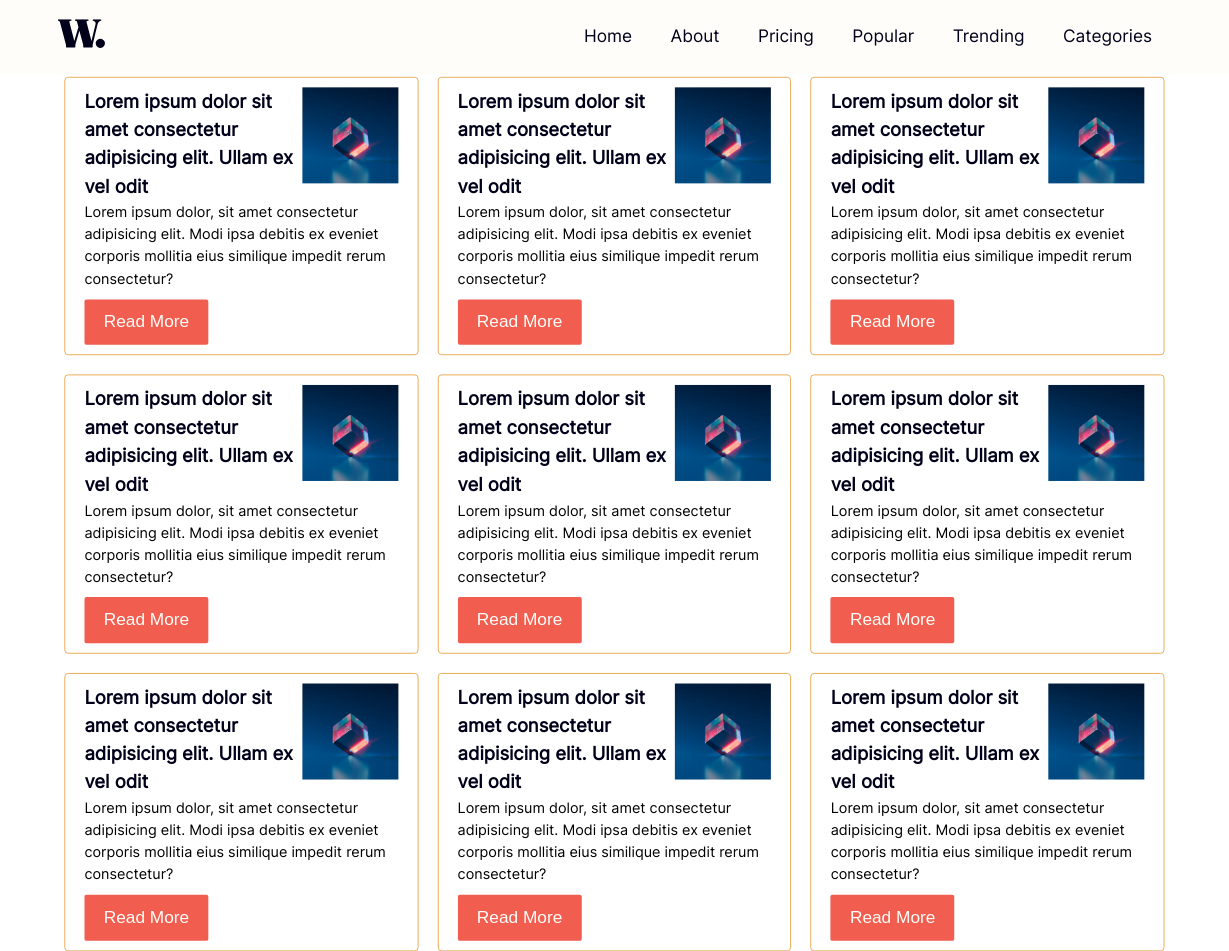
Repository: Benedict-Anthony/web3.0-blog-chain
Page: /trending
These files come from the project's save history. The page is drawn as it stood at one moment and after the next save; the edit follows.
The browser window is 1280 px wide. The pictures show the whole page, at 96% of full size.
The project was rebuilt for these pictures with package versions that can differ from the ones it lists, and the page was loaded fresh each time. The framework's server and built-in components were replaced by stand-ins that run in the browser. Also part of the build but not shown: next.config.js, styles/styles.css.

Above is the page before, as saved 2022-12-21 03:17:03.

### pages/_app.tsx
import '../styles/globals.scss'
import type { AppProps } from 'next/app'
import NavBar from '../components/NavBar'
import "@/styles/styles.css"
export default function App({ Component, pageProps }: AppProps) {
  return (
    <>
      <NavBar />
      <Component {...pageProps} />
    </>
  )
}

### pages/trending.tsx
import Layout from 'components/Layout'
import React from 'react'
import TrendingStyles from "@/styles/Trending.module.scss"
import Trending from 'components/Trending'
import { GetStaticProps } from 'next';

export const getStaticProps: GetStaticProps = async () => {
    // const apiKey = process.env.REACT_APP_RAPID_API_KEY || ""
    // const apiHost = process.env.REACT_APP_RAPID_NEWS_API_HOST || ""
    // // const params = {q: 'crytocurrency', freshness: 'Day', textFormat: 'Raw', safeSearch: 'Off'}
    // const url = `https://bing-news-search1.p.rapidapi.com/news/search?q=cryptocurrency&safeSearch=Off&textFormat=Raw&freshness=Day&count=100`
    // const config = {
    //     headers: {
    //         'X-RapidAPI-Key': apiKey,
    //         'X-RapidAPI-Host':apiHost,
    //         // "Accept-Language": "EN"
    //     }
    // }


    // const response = await fetch(url, config)
    // const data = await response.json()
    // console.log(data)
    return {
        props: {
            // news:data.value
            news:[1,2,3,4,5,6,7,8,9]
        }
    }
}
type TrendingProps = {
    news: {
        id: number
        name: string
        date: string
        slug: string
        image: { thumbnail: { contentUrl: string } }
        description:string
    }[]
}
const TrendingPage = ({news}:TrendingProps) => {

  return (
    <Layout>
          <section className={TrendingStyles.section}>
          {news.map((item) => (
              <Trending news={item} key={item.id}/>
          ))}



              </section>
    </Layout>

  )
}

export default TrendingPage

### styles/globals.scss
:root{
  --SoftOrange: hsl(35, 77%, 62%);
  --SoftRed: hsl(5, 85%, 63%);

  --Red: hsl(0, 78%, 62%);
  --Cyan: hsl(180, 62%, 55%);
  --Orange: hsl(34, 97%, 64%);
  --Blue: hsl(212, 86%, 64%);

  --OffWhite: hsl(36, 100%, 99%);
  --GrayishBlue: hsl(233, 8%, 79%);
  --DarkGrayishBlue: hsl(236, 13%, 42%);
  --VeryDarkBlue: hsl(240, 100%, 5%);
}

@font-face{
  font-family: "Inter";
  src: url("/landing/assets/fonts/static/inter-Bold.ttf");
  src: url("/landing/assets/fonts/static/inter-ExtraBold.ttf");
  src: url("/landing/assets/fonts/static/inter-Regular.ttf");
}

*::after, *::before, *{
  padding: 0;
  margin: 0;
  box-sizing: border-box;
  transition: all .3s ease;
  line-height: 1.54em;
}


ul,li{
  list-style: none;
}

html{
  scroll-behavior: smooth;
}

body{
  font-family: "Inter";
}

.swiper {
    overflow: visible;
}

### components/NavBar.tsx
import React from 'react'
import {useState} from "react"
import Image from 'next/image'
import Link from 'next/link';
import NavBarStyles from "@/styles/navBar.module.scss";

const NavBar = () => {
  const [mobileActive, setMobileActive] = useState(false)
  return (

        <header className={NavBarStyles.header}>
          <nav className={NavBarStyles.nav}>
               <div className="logo">
                <Image src="/landing/assets/images/logo.svg" alt="" width={50} height={30} />
              </div>

              <ul style={{
                right: mobileActive ? "0" : "calc(100vw + 50px)"
              }}>
                  <li><Link href={"/"}>Home</Link></li>
                  <li><Link href={"/about"}>About</Link></li>
                  <li><Link href={"/pricing"}>Pricing</Link></li>
                  <li><Link href={"/popular"}>Popular</Link></li>
                  <li><Link href={"/trending"}>Trending</Link></li>
                  <li><Link href={"/categories"}>Categories</Link></li>

              </ul>

                  <div className={NavBarStyles.toggler} onClick={() => setMobileActive(!mobileActive)}>
                      <Image src={`/landing/assets/images/${mobileActive ? "icon-menu-close.svg" : "icon-menu.svg"}`} alt="" width={25} height={20} />
            </div>

         </nav>
    </header>

  )
}

export default NavBar

### components/Layout.tsx
import React from 'react'
import UtilsStyles from "@/styles/Utils.module.scss";
import {ReactNode} from "react"

type layoutProps = {
    children: ReactNode
}
const Layout = ({children}:layoutProps) => {
  return (
    <main className={UtilsStyles.container}>
      <section className={UtilsStyles.spaceY}>
        {children}
      </section>
      </main>
  )
}

export default Layout

### styles/Trending.module.scss
.article{
    border: 1px solid var(--SoftOrange);
    border-radius: 4px;
    padding: 10px 20px;

    &:hover{
        transform: scale(.99);
    }
    div{
        width: 100%;
        position: relative;
        display: flex;
        justify-content: space-between;
        align-items: flex-start;
        img{
            width: 100px;

        }
        h4{
            font-weight: 600;
            color: var(--VeryDarkBlue);
            font-size: 1.2rem;
        }

    }
    p{
        font-size: 15px;
    }


}

.section{
    display: grid;
    grid-template-columns: repeat(auto-fit, minmax(22rem, 1fr));
    justify-content: space-between;
    align-items: center;
    gap: 20px;
}

### components/Trending.tsx
import React from 'react'
import TrendingStyles from "@/styles/Trending.module.scss"
import Button from './Button'
type TrendingProps = {
    news: {
        id: number
        name: string
        date: string
        slug: string
      image: { thumbnail: { contentUrl: string } }
        description:string
    }
}

const Trending = ({news}:TrendingProps) => {
  return (
    <article className={TrendingStyles.article}>
        <div>
              <h4>Lorem ipsum dolor sit amet consectetur adipisicing elit. Ullam ex vel odit </h4>

              {/* <img src={news.image ? news.image.thumbnail.contentUrl : "nft/images/image-equilibrium.jpg"} alt="" /> */}
              <img src={"nft/images/image-equilibrium.jpg"} alt="" />
              <span>{news.date}</span>
          </div>

        <p>Lorem ipsum dolor, sit amet consectetur adipisicing elit. Modi ipsa debitis ex eveniet corporis mollitia eius similique impedit rerum consectetur?</p>

              <Button title='read more'/>
    </article>
  )
}

export default Trending

### styles/navBar.module.scss
.header{
    position: fixed;
    top: 0;
    right: 0;
    left: 0;
    // max-width: 1160px;
    margin: 0 auto;
    padding: 20px;
     background-color: var(--OffWhite);
     z-index:10;
    //  box-shadow:  2px 1px 3px var(--DarkGrayishBlue);
}

.nav{
    display: flex;
    justify-content: space-between;
    align-items: center;
     max-width: 1160px;
    margin: 0 auto;

    .logo{
        width: 50px;
    }

    ul{
        display: flex;
        align-items: center;
        justify-content: space-between;

        li{
            margin: 0 20px;

            a{
                text-decoration: none;
                font-size: 18px;
                color: var(--VeryDarkBlue);
                font-family: "Inter";
                font-weight: 400;
                &:hover{
                    color: var(--SoftRed);
                    cursor: pointer;
                }
            }
        }
    }

    @media(max-width:767px) {
        ul{
            position: absolute;
            top: 0;
            width: 80%;
            background-color: var(--OffWhite);
            box-shadow: 2px 2px 3px var(--DarkGrayishBlue);
            height: 100vh;
            flex-flow: column;
            justify-content: center;
            align-items: flex-start;
            padding-left: 10px;

            li{
                margin: 20px 0;

                a{
                    font-size: 22px;
                }
            }

        }


    }
}



.toggler{
        display: none;


        @media(max-width:767px) {
            display: block;
            z-index: 10;
        }
    }

### styles/Utils.module.scss
.container{
    max-width: 1160px;
    margin: 0 auto;
    overflow:hidden;
    padding: 0 7px;
}

.spaceY{
    padding-top: 2.5rem;
    margin-top: 2.5rem;
}

### components/Button.tsx
import React from 'react'
import ButtonbStyles from "@/styles/Button.module.scss"
type ButtonProps = {
    title:string
}
const Button = ({title}: ButtonProps) => {
  return (
    <button className={ButtonbStyles.button}>
      {title}
    </button>
  )
}

export default Button

### styles/Button.module.scss
.button{
    display: inline-block;
    color: var(--OffWhite);
    padding: 10px 20px;
    border: 0;
    background-color: var(--SoftRed);
    margin-top: 10px;
    font-size: 18px;
    border-radius: 2px;
    text-transform: capitalize;

    &:hover{
        cursor: pointer;
        background-color: var(--VeryDarkBlue);
    }
}

After the next save:
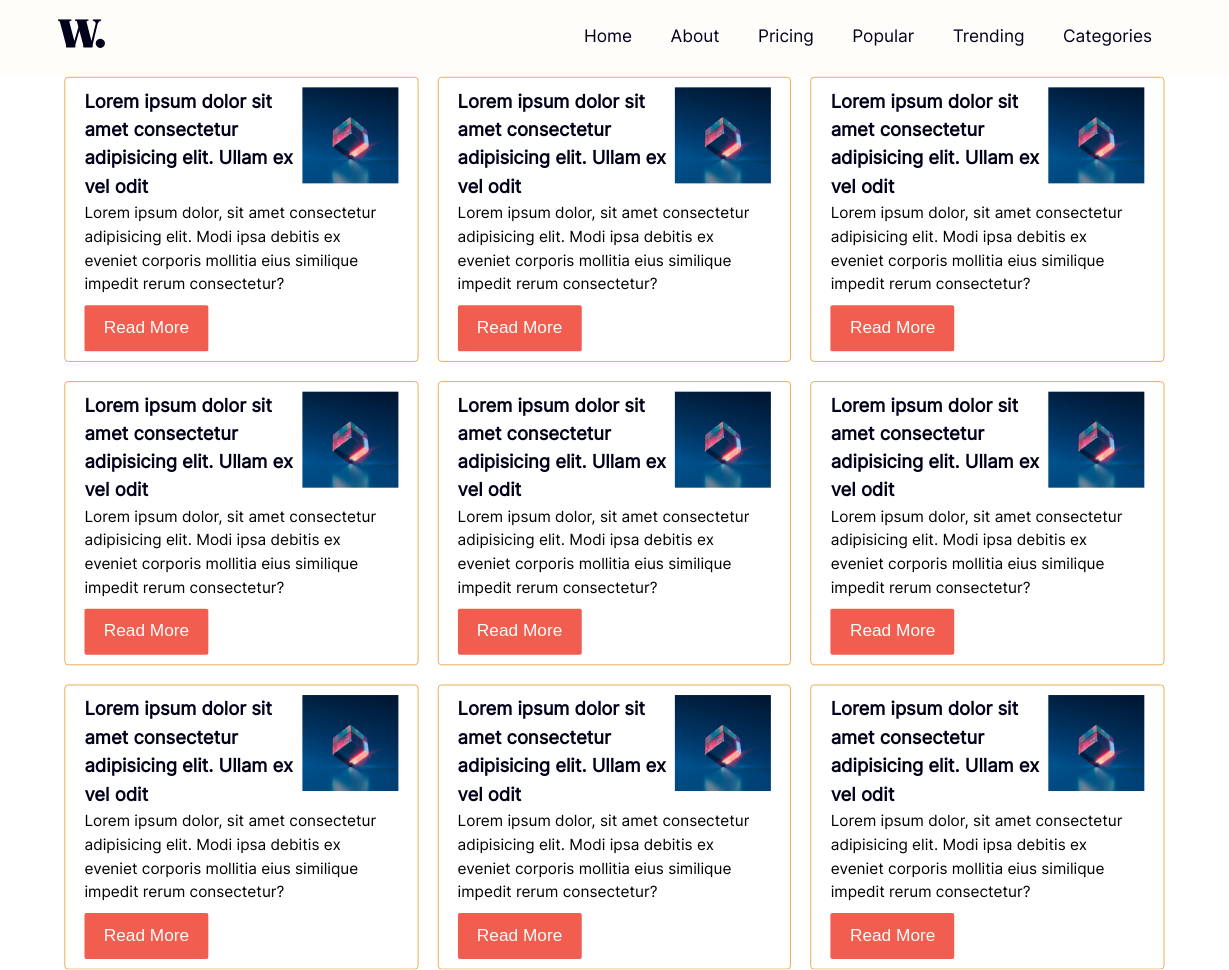
Saved 8 s later.
--- a/styles/Trending.module.scss
+++ b/styles/Trending.module.scss
@@ -24,7 +24,7 @@
 
     }
     p{
-        font-size: 15px;
+        font-size: 16px;
     }
 
 
